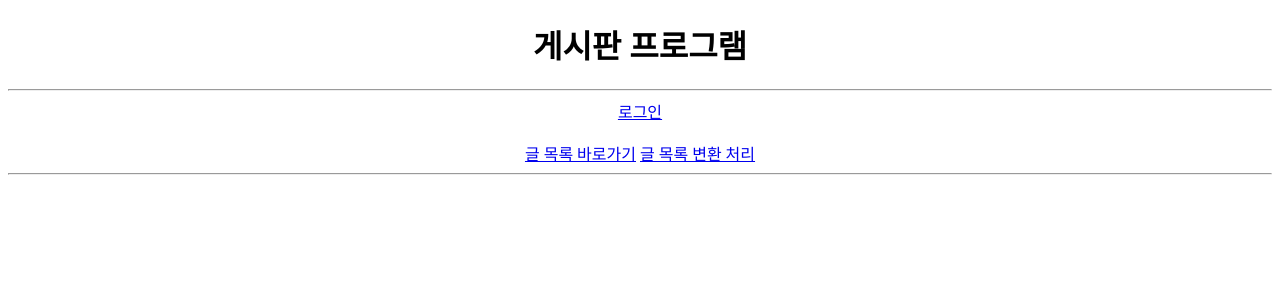
Repository: teeeeeeemo/workspace_spring
Page: http://localhost/BoardWeb/
An editor plug-in stored every save of this project. The page is shown before and after the next save, followed by the edit.
The browser window is 1280 px wide. The pictures show the whole page.
The page is served by Tomcat 9. Nobody is signed in. The application's start-up code is not run. Other server files are loaded and not shown.

Above is the page before, as saved 2017-01-21 08:09:43.

### BoardWeb/src/main/webapp/index.jsp
<%@ page language="java" contentType="text/html; charset=UTF-8"
    pageEncoding="UTF-8"%>
<!DOCTYPE html PUBLIC "-//W3C//DTD HTML 4.01 Transitional//EN" "http://www.w3.org/TR/html4/loose.dtd">
<html>
<head>
<meta http-equiv="Content-Type" content="text/html; charset=UTF-8">
<title>Main page</title>
</head>
<body>
<center>
	<h1>게시판 프로그램</h1>
	<hr>
		<a href="login.do">로그인</a><br><br>
		<a href="getBoardList.do">글 목록 바로가기</a>
		<a href="dataTransform.do">글 목록 변환 처리</a>
	<hr>

</center>
</body>
</html>

After the next save:
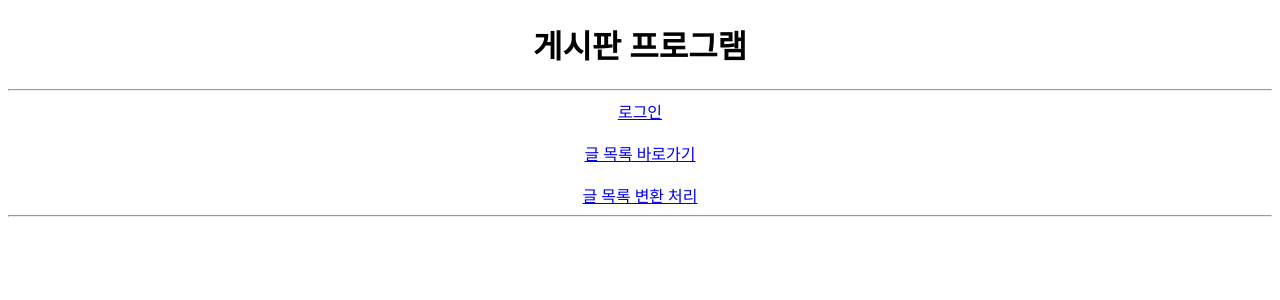
Saved 9 s later.
--- a/BoardWeb/src/main/webapp/index.jsp
+++ b/BoardWeb/src/main/webapp/index.jsp
@@ -11,7 +11,7 @@
 	<h1>게시판 프로그램</h1>
 	<hr>
 		<a href="login.do">로그인</a><br><br>
-		<a href="getBoardList.do">글 목록 바로가기</a>
+		<a href="getBoardList.do">글 목록 바로가기</a><br><br>
 		<a href="dataTransform.do">글 목록 변환 처리</a>
 	<hr>
 
